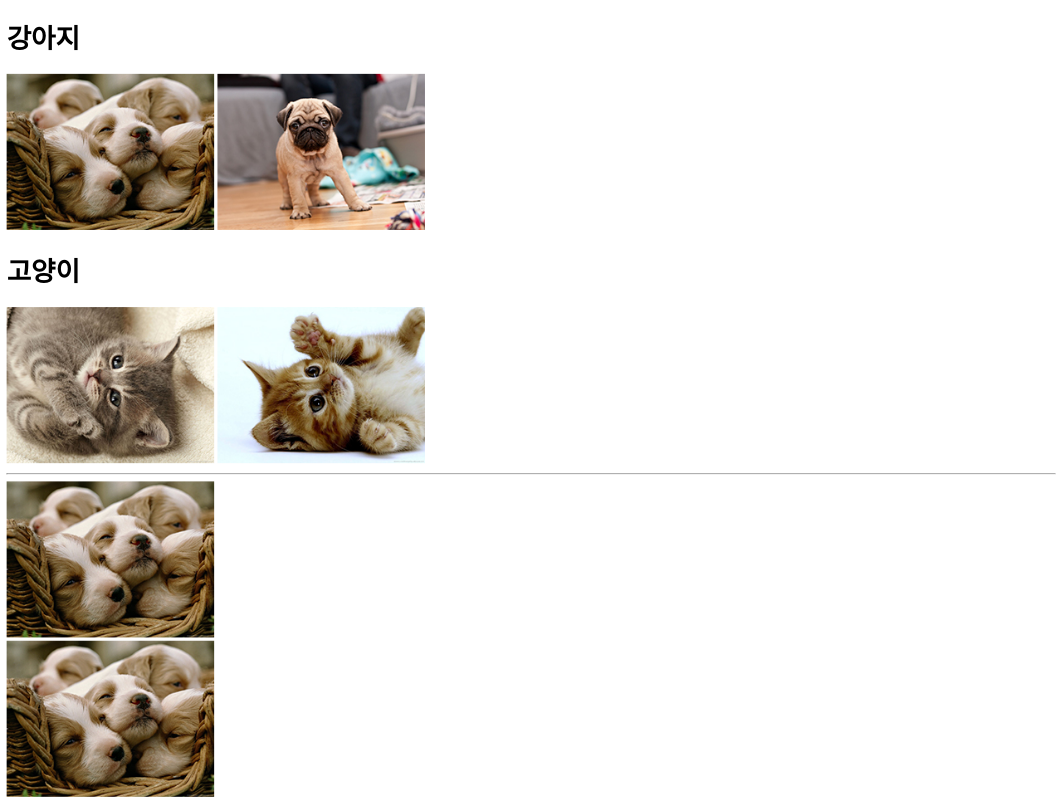
Repository: kmd192kmd/Web
Page: html/HtmlTest/src/main/webapp/ex12_image.html
An editor plug-in stored every save of this project. The page is shown before and after the next save, followed by the edit.
The browser window is 1280 px wide. The pictures show the whole page, at 83% of full size.

Above is the page before, as saved 2026-02-13 03:36:08.

After the next save:
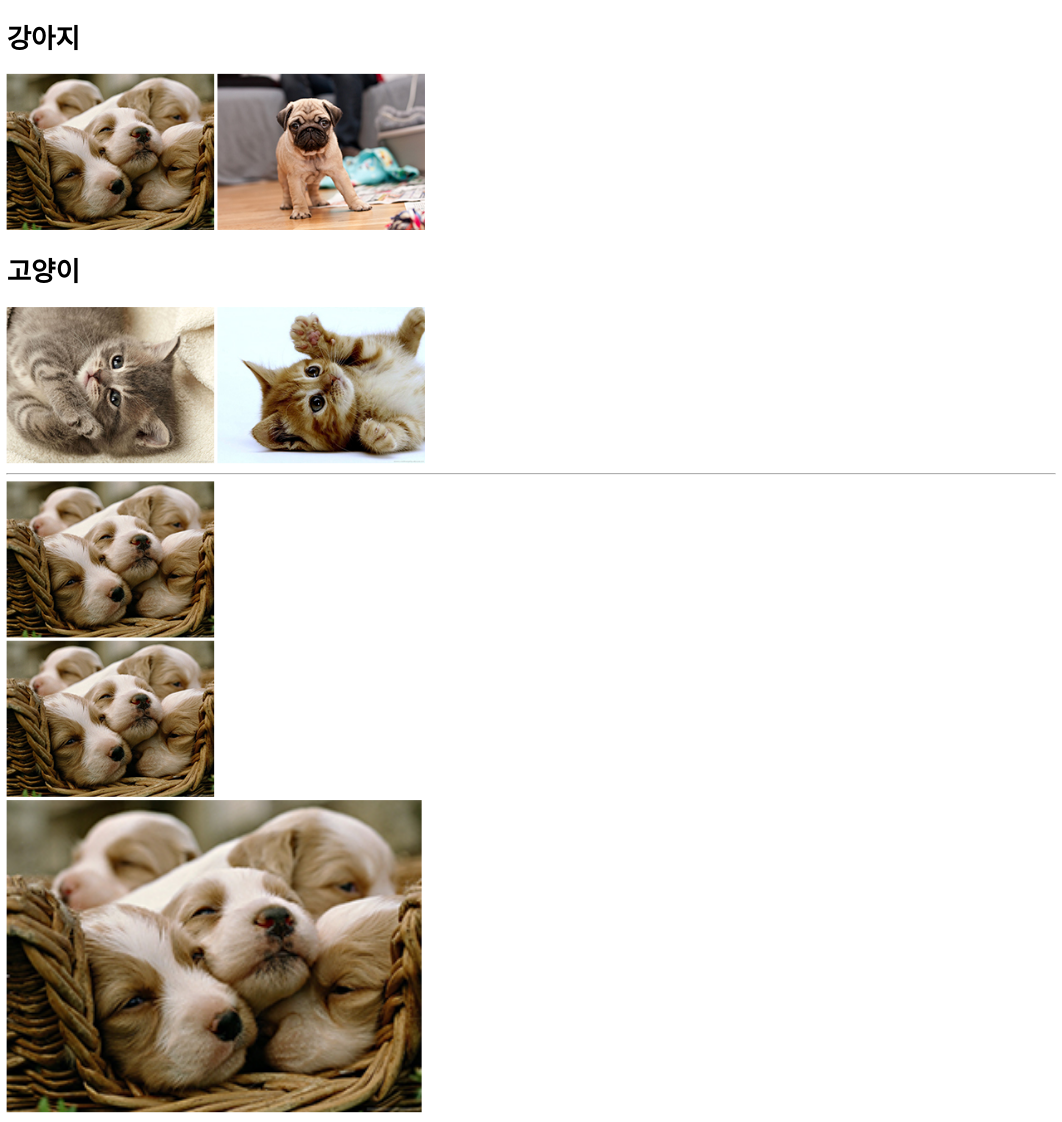
Saved 40 s later.
--- a/html/HtmlTest/src/main/webapp/ex12_image.html
+++ b/html/HtmlTest/src/main/webapp/ex12_image.html
@@ -39,7 +39,7 @@
 	 <hr>
 	  <img src="images/dog01.jpg"><br>
 	  <img src="images/dog01.jpg" width="250" height="188"><br>
-
+	  <img src="images/dog01.jpg" width="500" height="376"><br>
 
 </body>
 </html>
